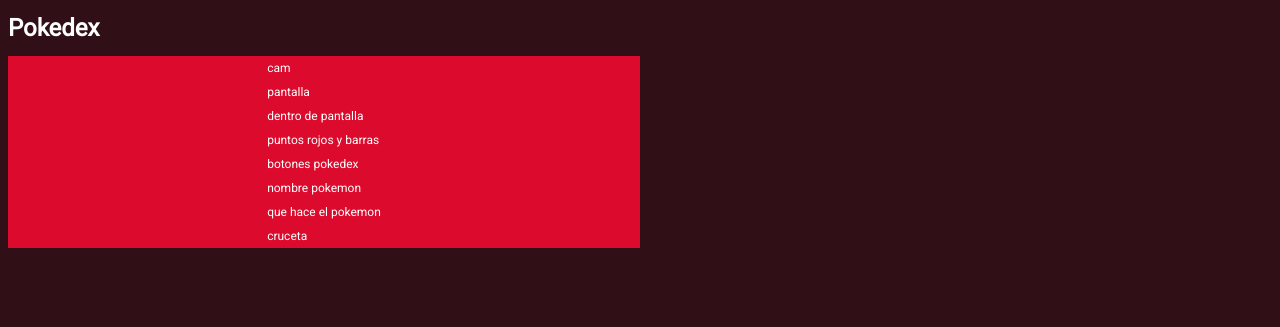
Repository: darkmantiz2/pokedex
Page: index.html
These files come from the project's save history. The page is drawn as it stood at one moment and after the next save; the edit follows.
The browser window is 1280 px wide. The pictures show the whole page.

Above is the page before, as saved 2022-01-18 16:03:18.

After the next save:
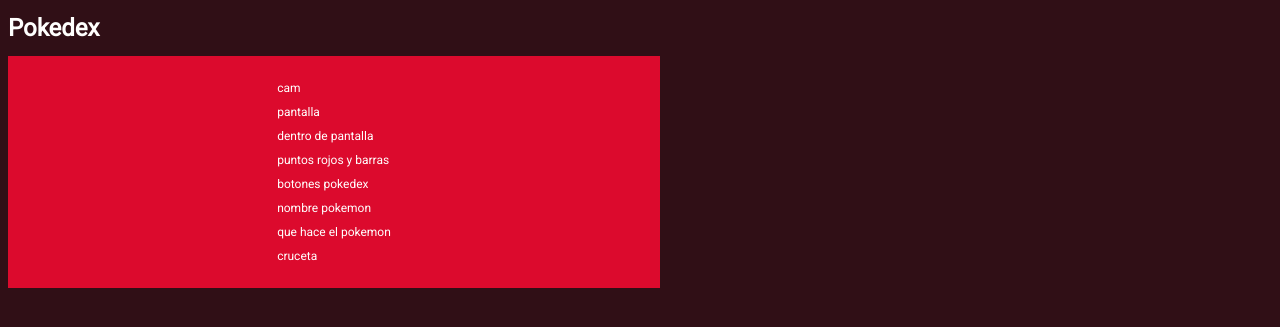
Saved 28 s later.
--- a/css/index.css
+++ b/css/index.css
@@ -22,4 +22,5 @@
   display: flex;
   justify-content: center;
   align-items: center;
+  padding: 20px 10px;
 }
